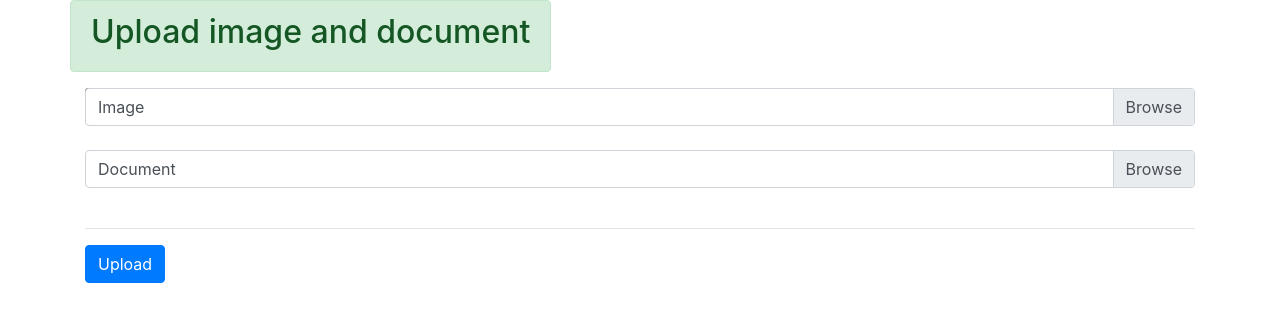
Repository: MT-thanh-MT/Java4_labs
Page: http://localhost/Lab3/UploadServlet
An editor plug-in stored every save of this project. The page is shown before and after the next save, followed by the edit.
The browser window is 1280 px wide. The pictures show the whole page.
The page is served by Tomcat 9. Other server files are loaded and not shown.

Above is the page before, as saved 2022-07-15 11:59:06.

### Lab3/src/main/webapp/upload.jsp
<%@ page language="java" contentType="text/html; charset=ISO-8859-1"
    pageEncoding="ISO-8859-1"%>
<!doctype html>
<html lang="en">
  <head>
    <!-- Required meta tags -->
    <meta charset="utf-8">
    <meta name="viewport" content="width=device-width, initial-scale=1, shrink-to-fit=no">

    <!-- Bootstrap CSS -->
    <link rel="stylesheet" href="https://cdn.jsdelivr.net/npm/bootstrap@4.6.1/dist/css/bootstrap.min.css" integrity="sha384-zCbKRCUGaJDkqS1kPbPd7TveP5iyJE0EjAuZQTgFLD2ylzuqKfdKlfG/eSrtxUkn" crossorigin="anonymous">

    <title>Upload!</title>
  </head>
  <body>
	<div class="container">
	<div class="row">
		<div class="alert alert-success">
			<h2>Upload image and document</h2>
		</div>
	</div>
		<div class="row">
			<div class="col">
				<form action="UploadServlet" enctype="multipart/form-data" method="post">
					<div class="custom-file mb-4">
						<label for="image" class="custom-file-label">Image</label>
						<input type="file"  id="image" name="image" />
					</div>
					<div class="custom-file mb-4">
						<label for="document" class="custom-file-label">Document</label>
						<input type="file" class="custom-file-input" id="document" name="document" />
					</div>
					<hr />
					<button class="btn btn-primary">
						Upload
					</button>
				</form>
			</div>
		</div>
	</div>


    <script src="https://cdn.jsdelivr.net/npm/jquery@3.5.1/dist/jquery.slim.min.js" integrity="sha384-DfXdz2htPH0lsSSs5nCTpuj/zy4C+OGpamoFVy38MVBnE+IbbVYUew+OrCXaRkfj" crossorigin="anonymous"></script>
    <script src="https://cdn.jsdelivr.net/npm/popper.js@1.16.1/dist/umd/popper.min.js" integrity="sha384-9/reFTGAW83EW2RDu2S0VKaIzap3H66lZH81PoYlFhbGU+6BZp6G7niu735Sk7lN" crossorigin="anonymous"></script>
    <script src="https://cdn.jsdelivr.net/npm/bootstrap@4.6.1/dist/js/bootstrap.min.js" integrity="sha384-VHvPCCyXqtD5DqJeNxl2dtTyhF78xXNXdkwX1CZeRusQfRKp+tA7hAShOK/B/fQ2" crossorigin="anonymous"></script>

  </body>
</html>

### Lab3/src/main/java/edu/poly/servlet/UploadServlet.java
package edu.poly.servlet;

import java.io.IOException;
import java.nio.file.Files;
import java.nio.file.Path;
import java.nio.file.Paths;

import javax.servlet.ServletException;
import javax.servlet.annotation.MultipartConfig;
import javax.servlet.annotation.WebServlet;
import javax.servlet.http.HttpServlet;
import javax.servlet.http.HttpServletRequest;
import javax.servlet.http.HttpServletResponse;
import javax.servlet.http.Part;

/**
 * Servlet implementation class UploadServlet
 */
@MultipartConfig
@WebServlet("/UploadServlet")
public class UploadServlet extends HttpServlet {

	protected void doGet(HttpServletRequest request, HttpServletResponse response) throws ServletException, IOException {
		request.getRequestDispatcher("upload.jsp").forward(request, response);

	}


	protected void doPost(HttpServletRequest request, HttpServletResponse response) throws ServletException, IOException {
		String uploadFolder = request.getServletContext().getRealPath("/uploads");
		Path uploadPath = Paths.get(uploadFolder);

		if (!Files.exists(uploadPath)) {
			Files.createDirectory(uploadPath);
		}
		Part imagePart = request.getPart("image");
		Part documentPart = request.getPart("document");

		String imageFilename = Path.of(imagePart.getSubmittedFileName()).getFileName().toString();
		String documentFilename = Path.of(documentPart.getSubmittedFileName()).getFileName().toString();

		imagePart.write(Paths.get(uploadPath.toString(), imageFilename).toString());
		documentPart.write(Paths.get(uploadPath.toString(),documentFilename).toString());

		request.setAttribute("image", imageFilename);
		request.setAttribute("document", documentFilename);

		request.getRequestDispatcher("result.jsp").forward(request, response);

	}

}

After the next save:
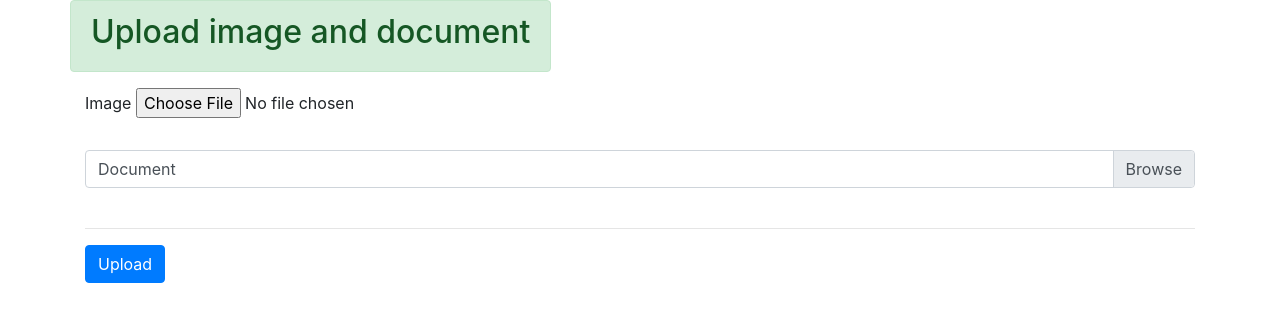
Saved 39 s later.
--- a/Lab3/src/main/webapp/upload.jsp
+++ b/Lab3/src/main/webapp/upload.jsp
@@ -23,7 +23,7 @@
 			<div class="col">
 				<form action="UploadServlet" enctype="multipart/form-data" method="post">
 					<div class="custom-file mb-4">
-						<label for="image" class="custom-file-label">Image</label>
+						<label for="image" >Image</label>
 						<input type="file"  id="image" name="image" />
 					</div>
 					<div class="custom-file mb-4">
